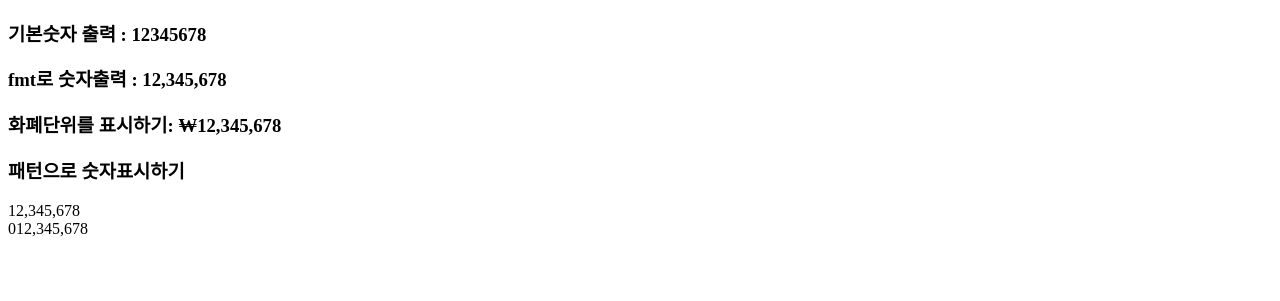
Repository: yongmin0309/mybatis1
Page: http://localhost/eL_JSTL/views/jstl/formattag.jsp
These files come from the project's save history. The page is drawn as it stood at one moment and after the next save; the edit follows.
The browser window is 1280 px wide. The pictures show the whole page.
The page is served by Tomcat 9.

Above is the page before, as saved 2024-04-20 08:08:33.

After the next save:
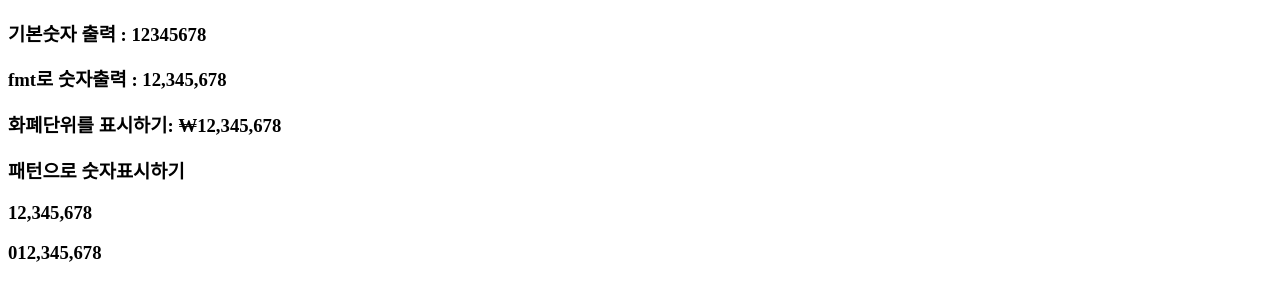
Saved 39 s later.
--- a/work/eL_JSTL/src/main/webapp/views/jstl/formattag.jsp
+++ b/work/eL_JSTL/src/main/webapp/views/jstl/formattag.jsp
@@ -18,8 +18,9 @@
 	type="currency"/></h3>
 
 	<h3>패턴으로 숫자표시하기</h3>
-	<fmt:formatNumber value="${numbertest }" pattern="###,###,###"/> <br>
-	<fmt:formatNumber value="${numbertest }" pattern="000,000,000"/>
+	<h3><fmt:formatNumber value="${numbertest }" pattern="###,###,###"/></h3>
+	<h3><fmt:formatNumber value="${numbertest }" pattern="000,000,000"/></h3>
+
 
 </body>
 </html>
